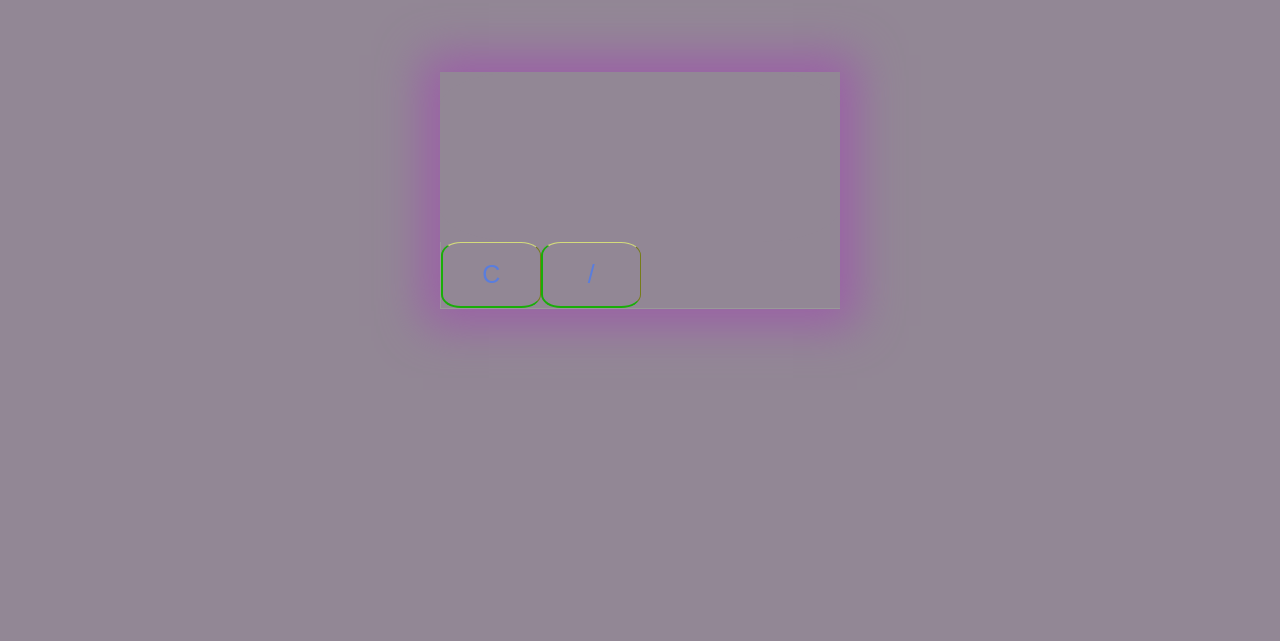
Repository: LuisMiLR/Calculatrice-with-JS---HTML---CSS-
Page: index.html
These files come from the project's save history. The page is drawn as it stood at one moment and after the next save; the edit follows.
The browser window is 1280 px wide. The pictures show the whole page.

Above is the page before, as saved 2023-03-20 21:33:23.
Console error: ReferenceError: bouton2 is not defined

After the next save:
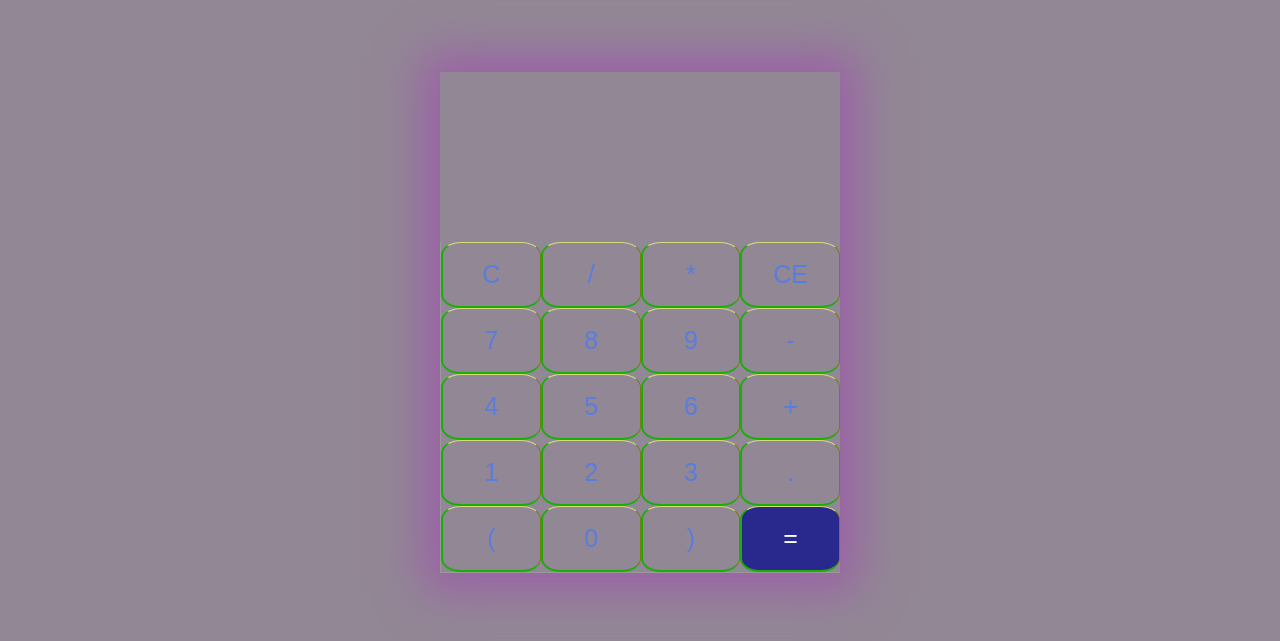
The error is gone.
Saved 4 s later.
--- a/app.js
+++ b/app.js
@@ -22,7 +22,7 @@ buttons.appendChild(button1);
 const button2 = document.createElement('div');
 button2.className = "bouton2";
 button2.textContent = "*";
-buttons.appendChild(bouton2);
+buttons.appendChild(button2);
 
 const button3 = document.createElement('div');
 button3.className = "bouton3";
